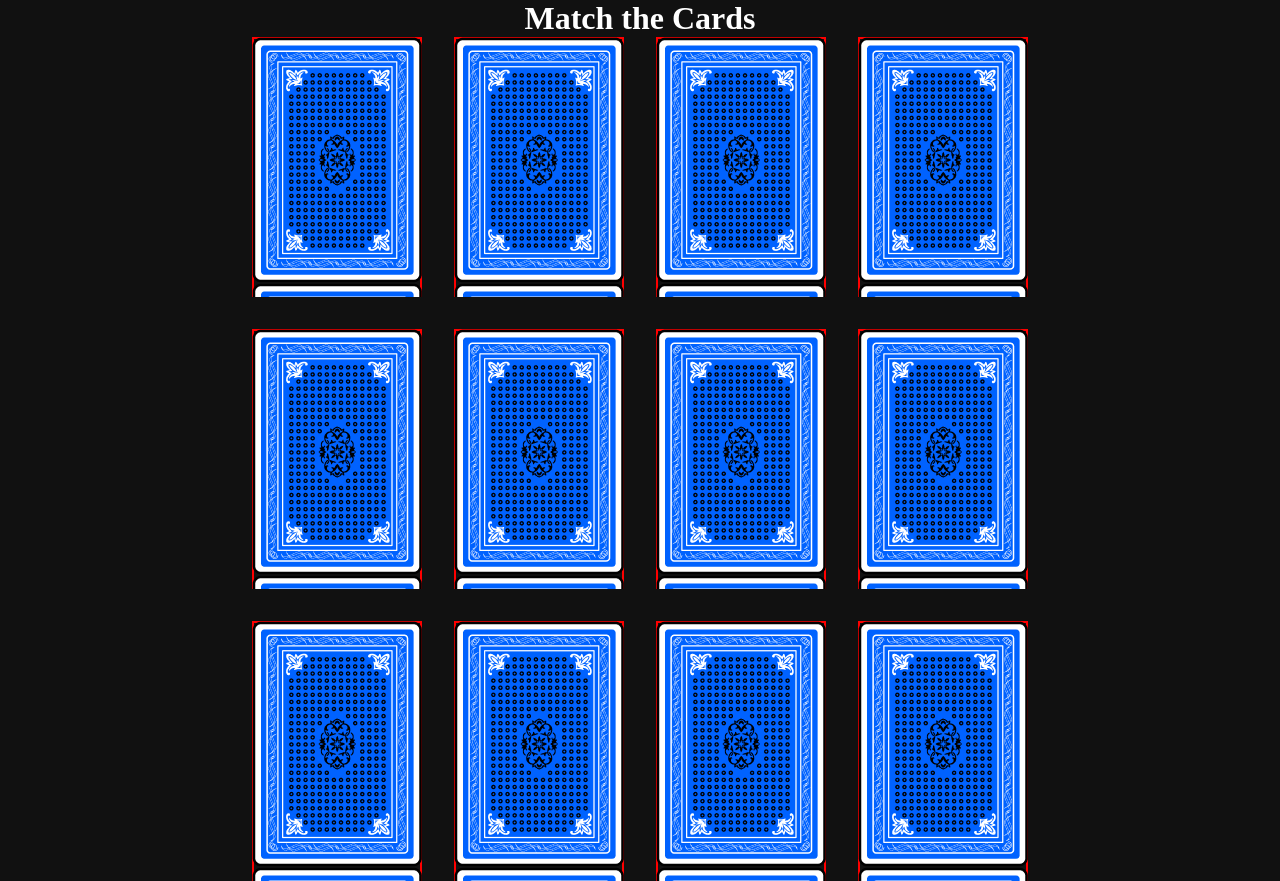
Repository: ThisIsSahaj/Js-Games
Page: MemoryCards/index.html
The author's editor kept a copy of each file at every save. The page is drawn from the files as they stood at one save, then again after a run of saves.
The browser window is 1280 px wide. The pictures show the whole page.

Above is the page before, as saved 2024-05-16 15:35:26.

After the next 2 saves:
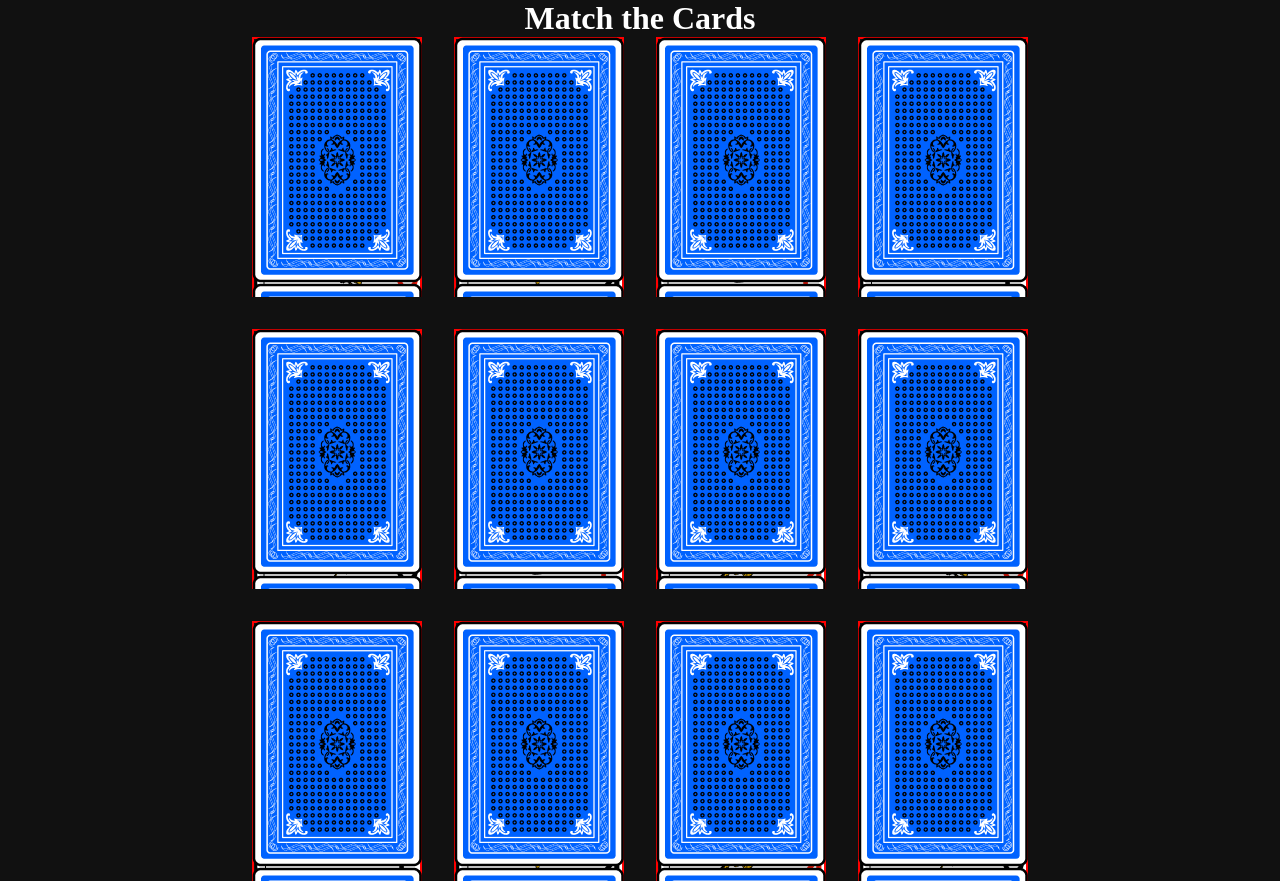
The 2 saves are shown as one change because they came seconds apart.
The last was saved 23 s later.
--- a/MemoryCards/script.js
+++ b/MemoryCards/script.js
@@ -53,6 +53,7 @@
 
   const cardFront = document.createElement('div');
   cardFront.classList.add('cardFront');
+  cardFront.style.backgroundImage = `url(${element.image})`;
 
   card.appendChild(cardFront)
   card.appendChild(cardBack)

After the save that followed:
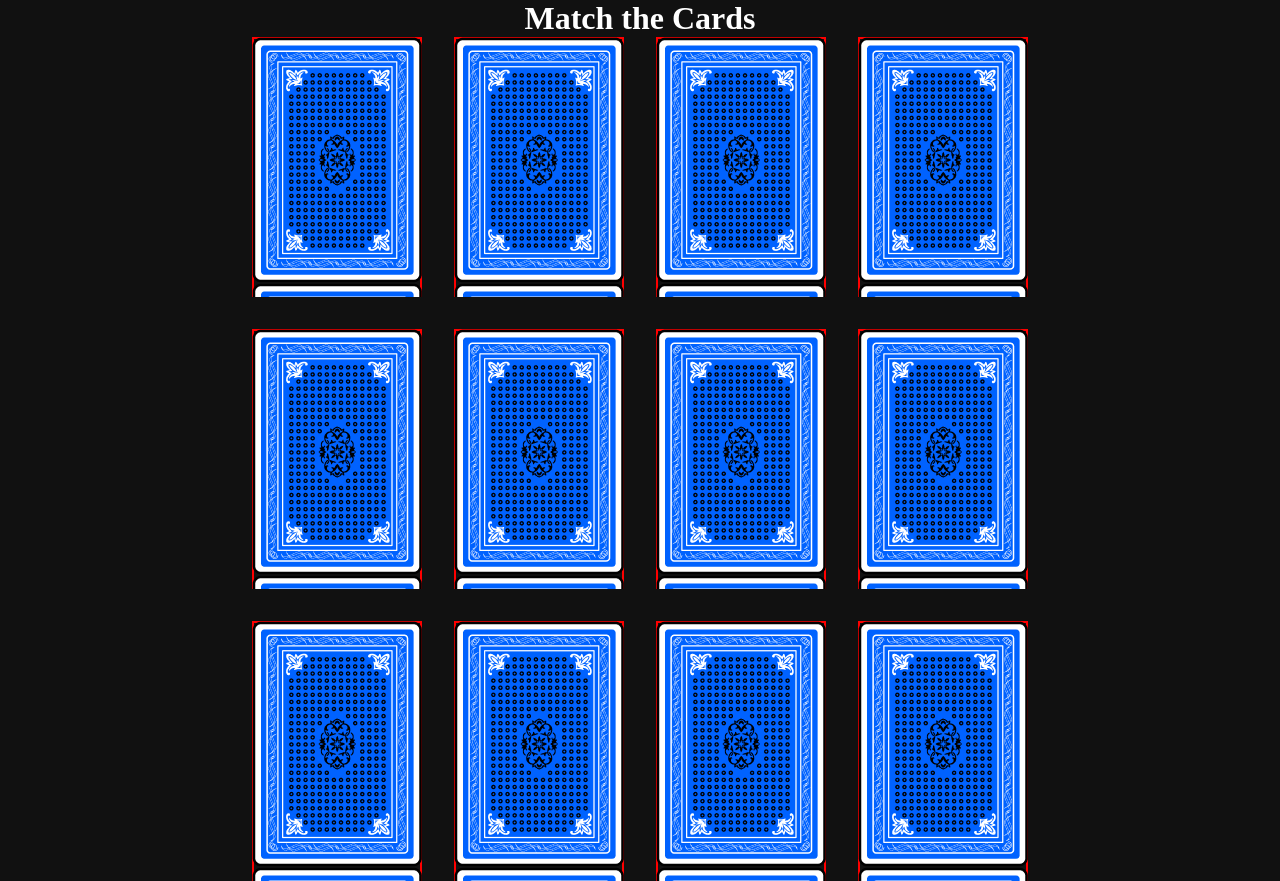
Saved 8 s later.
--- a/MemoryCards/script.js
+++ b/MemoryCards/script.js
@@ -53,7 +53,7 @@
 
   const cardFront = document.createElement('div');
   cardFront.classList.add('cardFront');
-  cardFront.style.backgroundImage = `url(${element.image})`;
+  // cardFront.style.backgroundImage = `url(${element.image})`;
 
   card.appendChild(cardFront)
   card.appendChild(cardBack)
